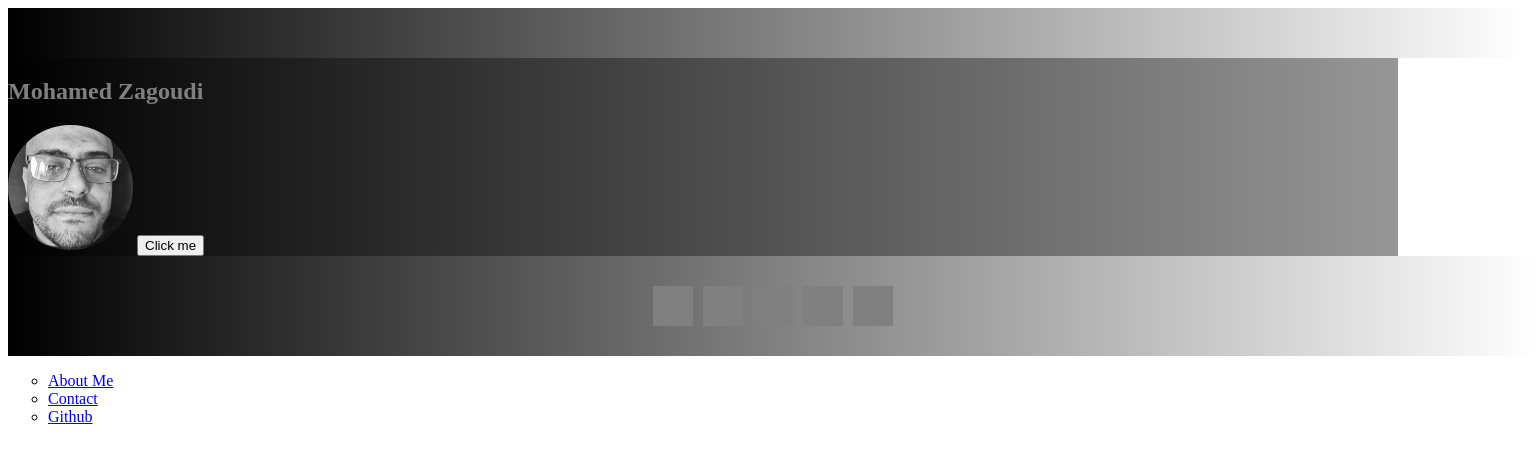
Repository: Mohzagou/Eersteportofolio
Page: index.html
These files come from the project's save history. The page is drawn as it stood at one moment and after the next save; the edit follows.
The browser window is 1280 px wide. The page is 1537 px wide, so the pictures cover 1537 px, including what lies to the right of the window. The pictures show the whole page.

Above is the page before, as saved 2022-06-07 23:02:22.

### index.html
<!DOCTYPE html>


<head>
    <link rel="stylesheet" href="styles.css" />
    <meta charset="UTF-8">

    <title>Document</title>
</head>

<body>

    <header></header>
    <div class="about-me">
        <h2 id="name">Mohamed Zagoudi</h2>
        <img class="avatar" src="images/67gwzvy.jpeg" alt="Mohamed Zagoudi headshot">
        <button>Click me</button>


        <section>
            <div class="test"></div>
            <div class="test"></div>
            <div class="test"></div>
            <div class="test"></div>
            <div class="test"></div>
        </section>
        <footer>
            <ul style="list-style-type: circle ">
                <li><a href=" ">About Me</a></li>
                <li><a href=" ">Contact</a></li>
                <li><a href="https://github.com/Mohzagou ">Github</a></li>

            </ul>

        </footer>



</body>



</html>

### styles.css
body {
    display: flex;
    flex-direction: column;
}

header {
    width: 120%;
    height: 50px;
    background-image: linear-gradient(to right, black, grey, white);
    /*background-color: rgb(113, 74, 145);*/
}

section {
    width: 110%;
    height: 100px;
    background-image: linear-gradient(to right, black, grey, white);
    background-color: #234def;
    display: flex;
    align-items: center;
    justify-content: center;
}

.about-me {
    width: 110%;
    height: 200px;
    background-image: repeating-linear-gradient(to right, black, grey, white 170%);
    /*background-color: rgb(177, 69, 21, 0.8);*/
    /*margin: 10px 0 10px 0;
    border: solid black 10px;
    border-radius: 15px;*/
}

.avatar {
    width: 125px;
    border-radius: 62px;
    background-image: repeating-linear-gradient(to right, black, grey, 110%);
}

#name {
    color: grey;
}

.test {
    width: 40px;
    height: 40px;
    background-color: grey;
    margin: 5px;
}

After the next save:
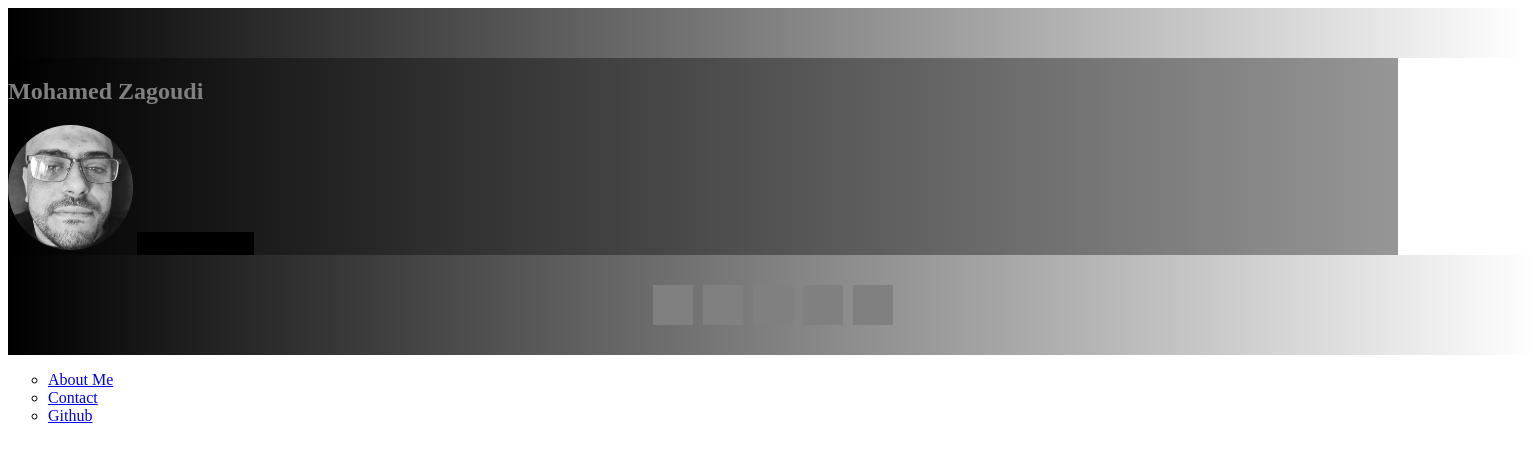
Saved 2 min 10 s later.
--- a/styles.css
+++ b/styles.css
@@ -1,4 +1,4 @@
-body {
+    body {
     display: flex;
     flex-direction: column;
 }
@@ -46,3 +46,10 @@ section {
     background-color: grey;
     margin: 5px;
 }
+
+button {
+    border: 0;
+    padding: 0 20px;
+    font-size: 20px;
+    background-color: black;
+    background-image: linear-gradient (to top left, black, grey, white);

After the 5 saves that followed:
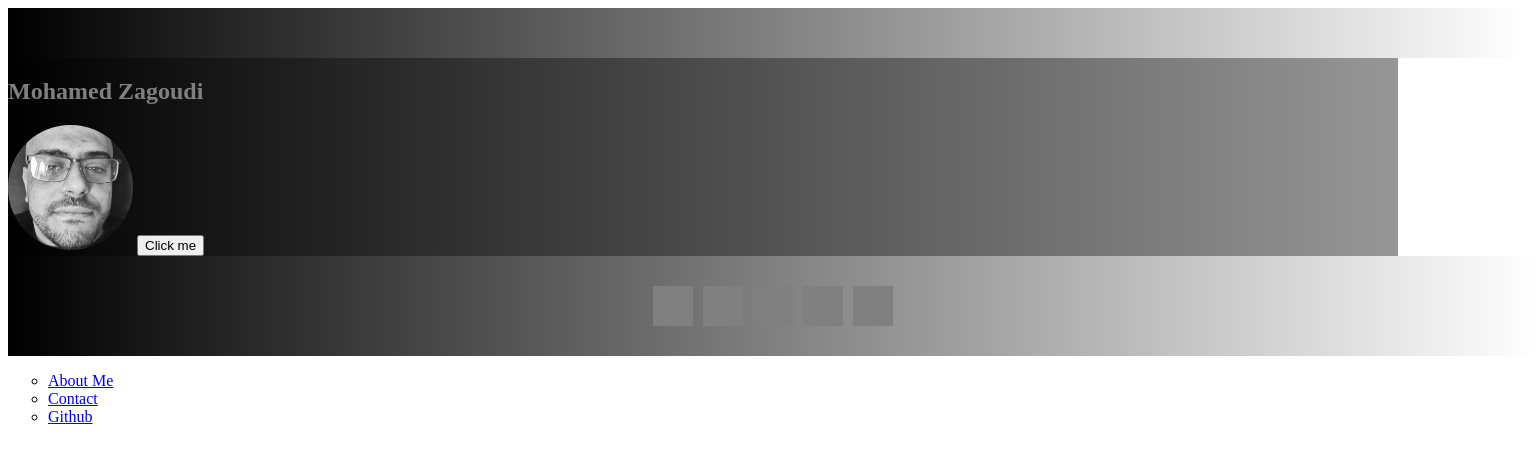
The 5 saves are shown as one change because 4 left the picture as it was.
The last was saved 2 min 12 s later.
--- a/styles.css
+++ b/styles.css
@@ -1,55 +1,56 @@
     body {
-    display: flex;
-    flex-direction: column;
-}
+        display: flex;
+        flex-direction: column;
+    }
 
-header {
-    width: 120%;
-    height: 50px;
-    background-image: linear-gradient(to right, black, grey, white);
-    /*background-color: rgb(113, 74, 145);*/
-}
+    header {
+        width: 120%;
+        height: 50px;
+        background-image: linear-gradient(to right, black, grey, white);
+        /*background-color: rgb(113, 74, 145);*/
+    }
 
-section {
-    width: 110%;
-    height: 100px;
-    background-image: linear-gradient(to right, black, grey, white);
-    background-color: #234def;
-    display: flex;
-    align-items: center;
-    justify-content: center;
-}
+    section {
+        width: 110%;
+        height: 100px;
+        background-image: linear-gradient(to right, black, grey, white);
+        background-color: #234def;
+        display: flex;
+        align-items: center;
+        justify-content: center;
+    }
 
-.about-me {
-    width: 110%;
-    height: 200px;
-    background-image: repeating-linear-gradient(to right, black, grey, white 170%);
-    /*background-color: rgb(177, 69, 21, 0.8);*/
-    /*margin: 10px 0 10px 0;
+    .about-me {
+        width: 110%;
+        height: 200px;
+        background-image: repeating-linear-gradient(to right, black, grey, white 170%);
+        /*background-color: rgb(177, 69, 21, 0.8);*/
+        /*margin: 10px 0 10px 0;
     border: solid black 10px;
     border-radius: 15px;*/
-}
+    }
 
-.avatar {
-    width: 125px;
-    border-radius: 62px;
-    background-image: repeating-linear-gradient(to right, black, grey, 110%);
-}
+    .avatar {
+        width: 125px;
+        border-radius: 62px;
+        background-image: repeating-linear-gradient(to right, black, grey, 110%);
+    }
 
-#name {
-    color: grey;
-}
+    #name {
+        color: grey;
+    }
 
-.test {
-    width: 40px;
-    height: 40px;
-    background-color: grey;
-    margin: 5px;
-}
+    .test {
+        width: 40px;
+        height: 40px;
+        background-color: grey;
+        margin: 5px;
+    }
 
-button {
-    border: 0;
-    padding: 0 20px;
-    font-size: 20px;
-    background-color: black;
-    background-image: linear-gradient (to top left, black, grey, white);
+    .button {
+        border: 0;
+        padding: 0 20px;
+        font-size: 20px;
+        background-color: black;
+        background-image: white;
+    }
